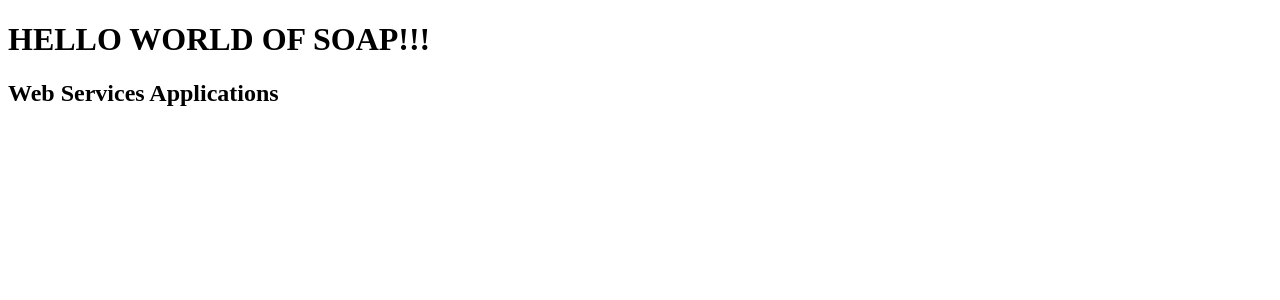
Repository: atafs/BackEnd_JAX-JAX-WS_SOAP
Page: http://localhost/Project_003_SOAP_server_ServiceAndContractFirst/
The author's editor kept a copy of each file at every save. The page is drawn from the files as they stood at one save, then again after the next save.
The browser window is 1280 px wide. The pictures show the whole page.
The page is served by Tomcat 9.

Above is the page before, as saved 2016-01-26 10:38:23.

After the next save:
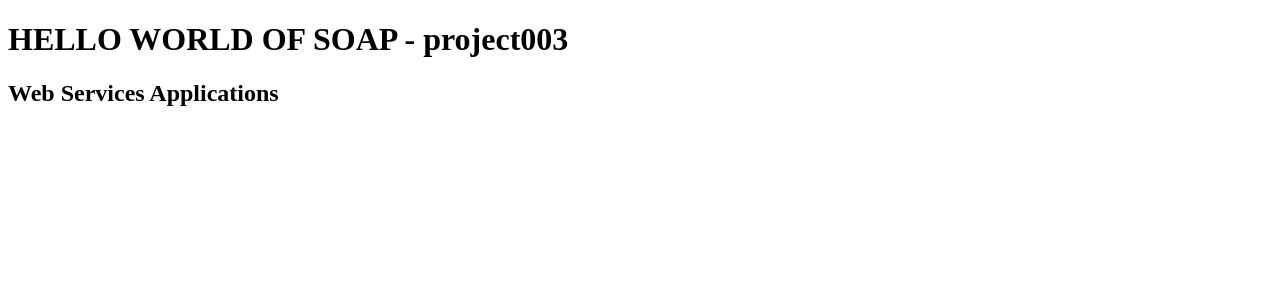
Saved 50 s later.
--- a/Project_003_SOAP_server_ServiceAndContractFirst/WebContent/index.jsp
+++ b/Project_003_SOAP_server_ServiceAndContractFirst/WebContent/index.jsp
@@ -7,7 +7,7 @@
 <title>TEST_MART SERVICE</title>
 </head>
 <body>
-	<h1>HELLO WORLD OF SOAP!!!</h1>
+	<h1>HELLO WORLD OF SOAP - project003</h1>
 	<h2>Web Services Applications</h2>
 
 </body>
